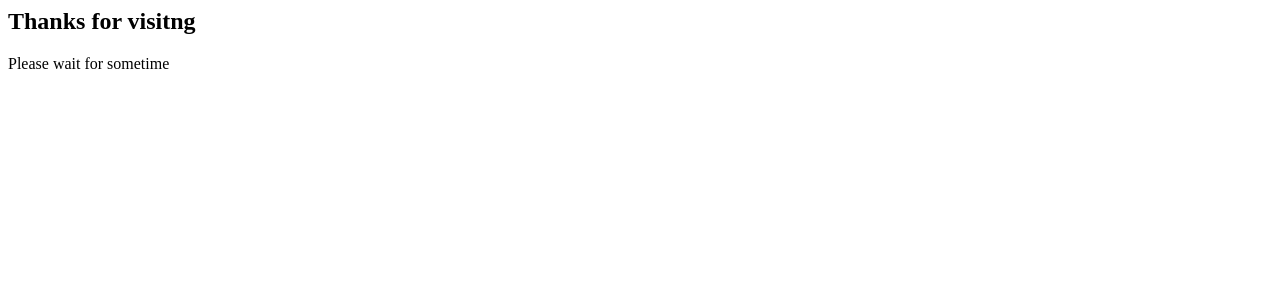
Repository: prasadgithub/Portfolio-aSmallOrange
Page: Portfolio Site/contact.html
The author's editor kept a copy of each file at every save. The page is drawn from the files as they stood at one save, then again after the next save.
The browser window is 1280 px wide. The pictures show the whole page.

Above is the page before, as saved 2012-11-11 07:05:52.

After the next save:
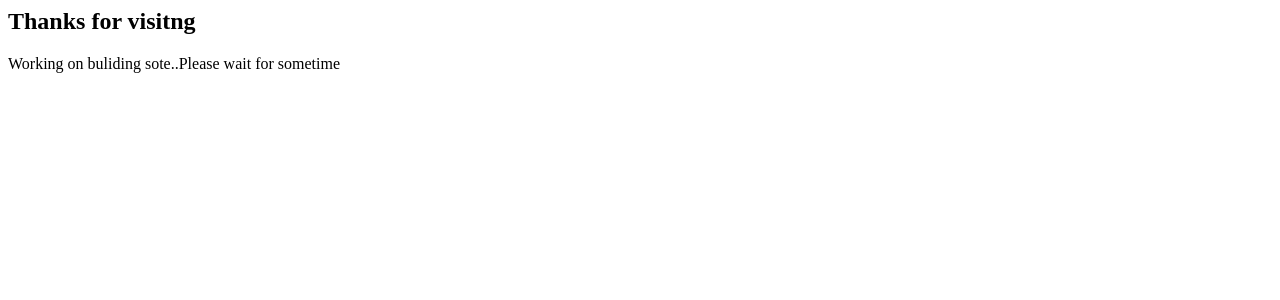
Saved 31 min 11 s later.
--- a/Portfolio Site/contact.html
+++ b/Portfolio Site/contact.html
@@ -8,7 +8,7 @@
 	<body>
 
 		<h2>Thanks for visitng</h2>
-		<p>Please wait for sometime </p>
+		<p>Working on buliding sote..Please wait for sometime </p>
 
 
 	</body>
